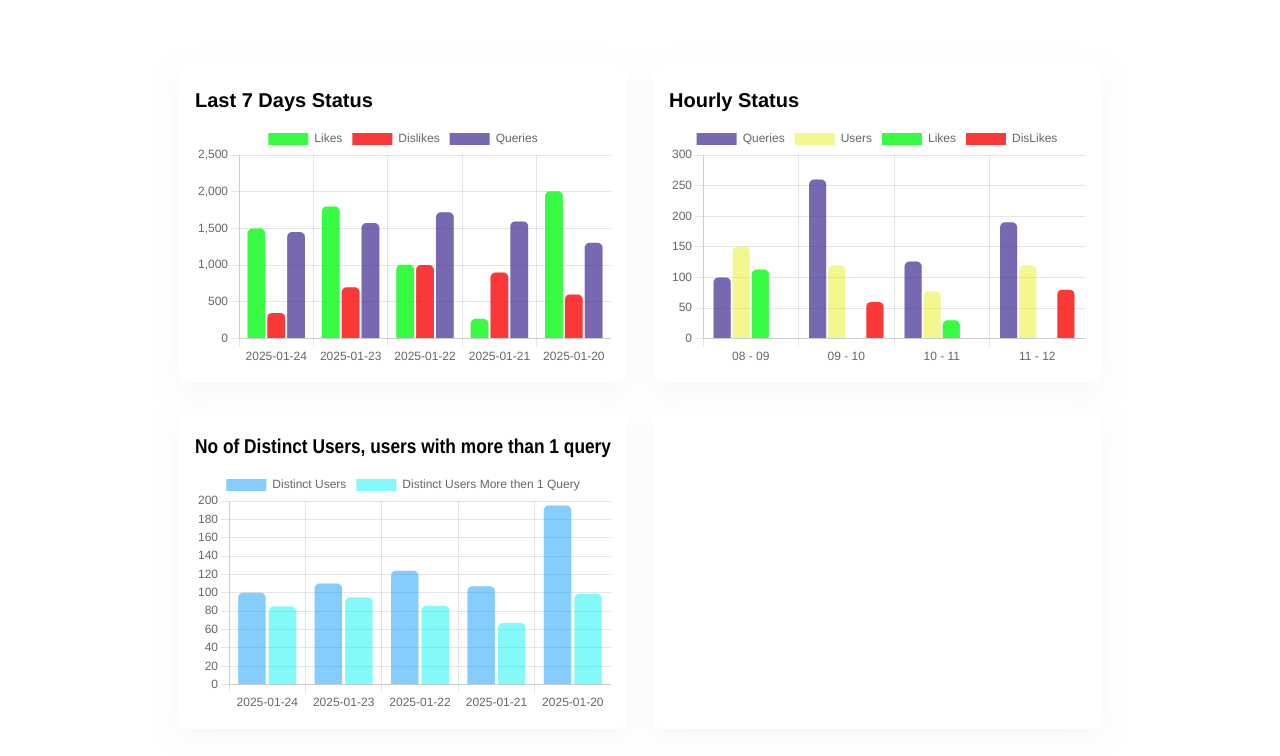
Repository: NAGARAJ-DEVELOPER/Dashboard
Page: /
These files come from the project's save history. The page is drawn as it stood at one moment and after the next save; the edit follows.
The browser window is 1280 px wide. The pictures show the whole page.
The project was rebuilt for these pictures with package versions that can differ from the ones it lists, and the page was loaded fresh each time. Also part of the build but not shown: vite.config.js.

Above is the page before, as saved 2025-02-12 00:36:14.

After the next save:
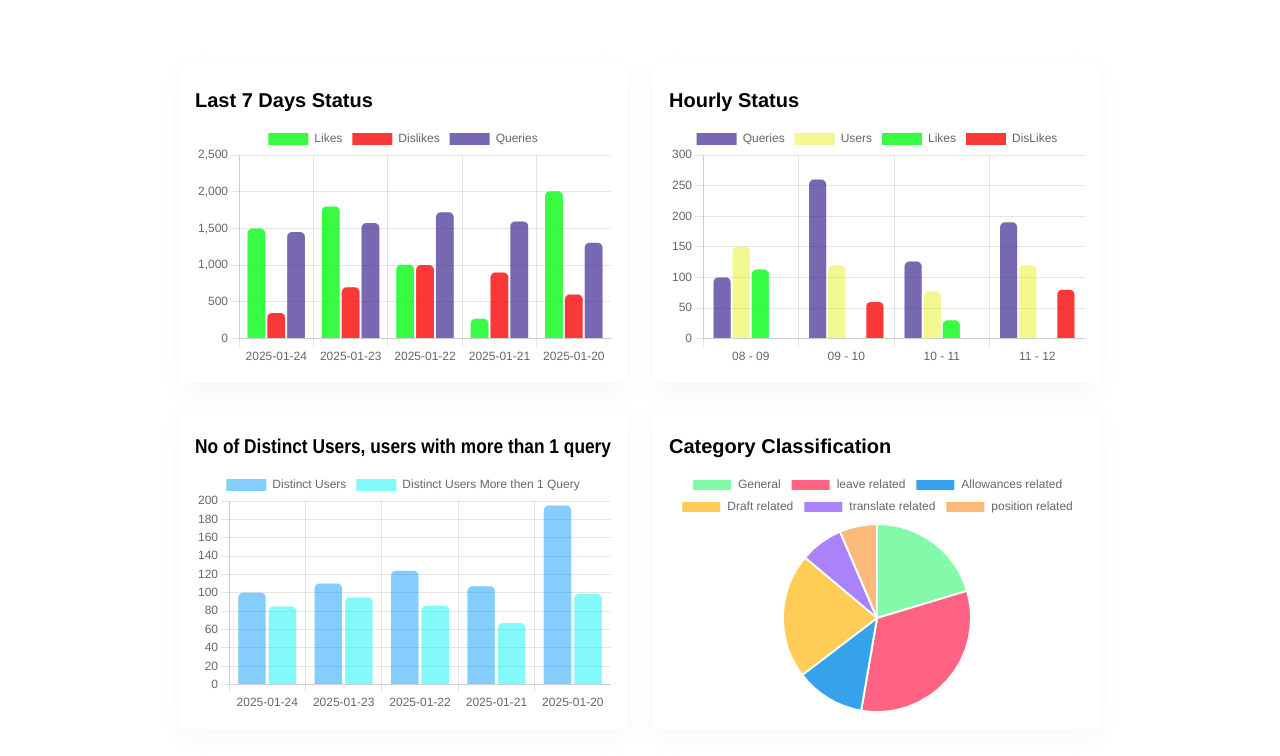
Saved 22 s later.
--- a/src/App.jsx
+++ b/src/App.jsx
@@ -155,7 +155,7 @@ export const App = () => {
 
 
       <div className="dataCard categoryCard">
-        <pie
+        <Pie
           data={{
             labels: category.map((data) => data.category),
             datasets: [
@@ -177,7 +177,7 @@ export const App = () => {
                   'rgb(250, 255, 251)',
                   'rgb(250, 255, 251)',
                   'rgb(250, 255, 251)',
-                ],animation :Doughnut,
+                ],animation :Pie,
               },
             ],
           }}
